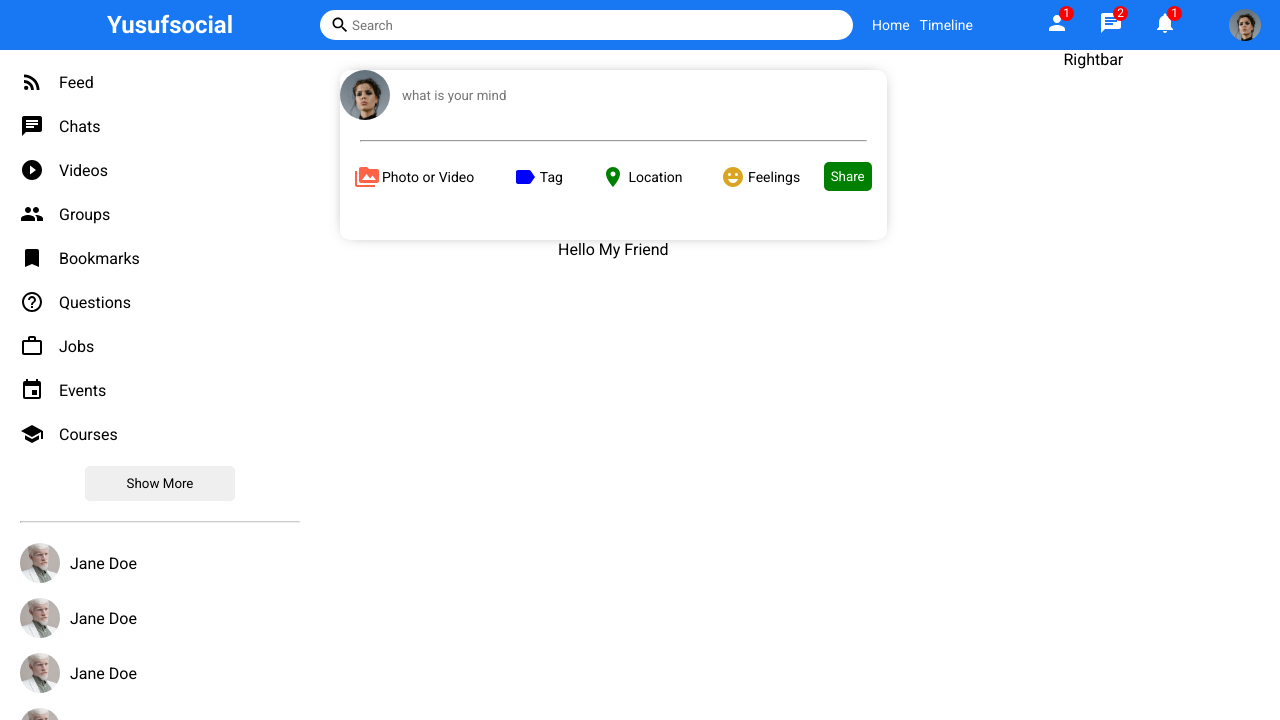
Repository: sevilgenysf/socialmediaapp
Page: /
The author's editor kept a copy of each file at every save. The page is drawn from the files as they stood at one save, then again after the next save.
The browser window is 1280 px wide. The pictures show the whole page.
The project was rebuilt for these pictures with package versions that can differ from the ones it lists, and the page was loaded fresh each time. Also part of the build but not shown: src/components/post/post.css.

Above is the page before, as saved 2022-02-17 10:22:34.

After the next save:
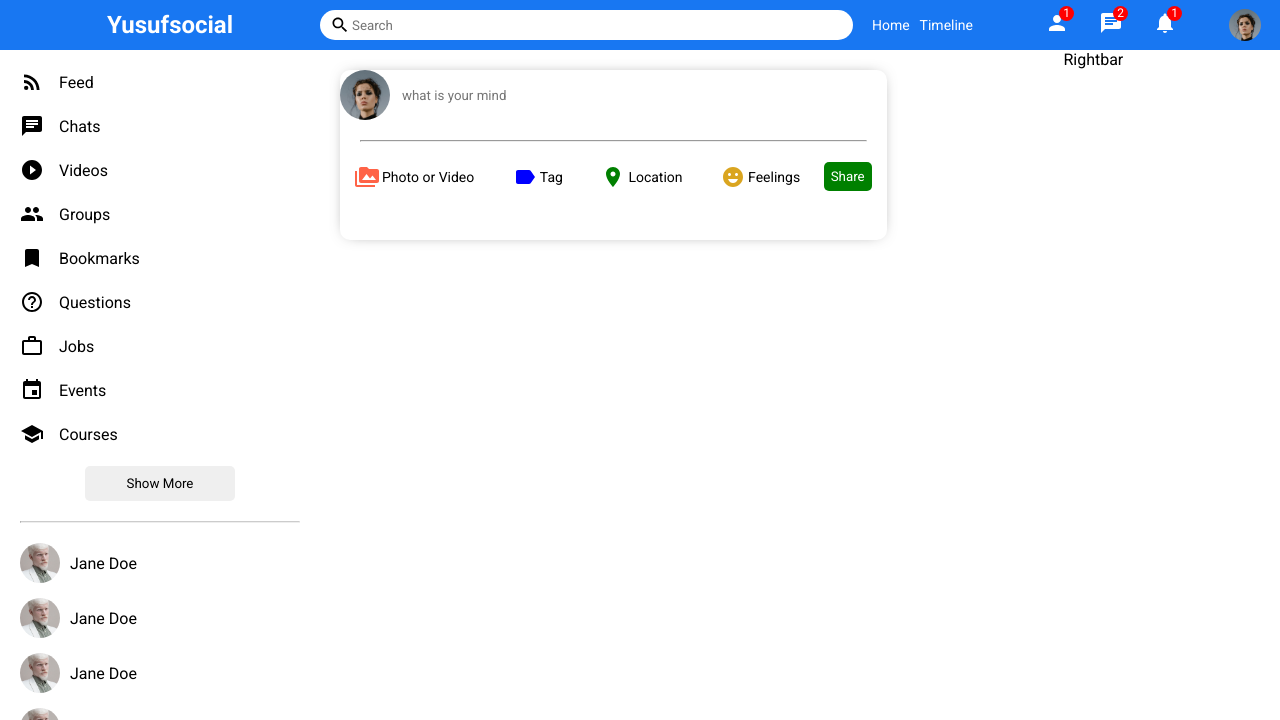
Saved 20 s later.
--- a/src/components/post/Post.jsx
+++ b/src/components/post/Post.jsx
@@ -2,7 +2,11 @@ import React from 'react';
 import './post.css';
 
 const Post = () => {
-	return <div className="post">Hello My Friend</div>;
+	return (
+		<div className="post">
+			<div className="postWrapper"></div>
+		</div>
+	);
 };
 
 export default Post;
